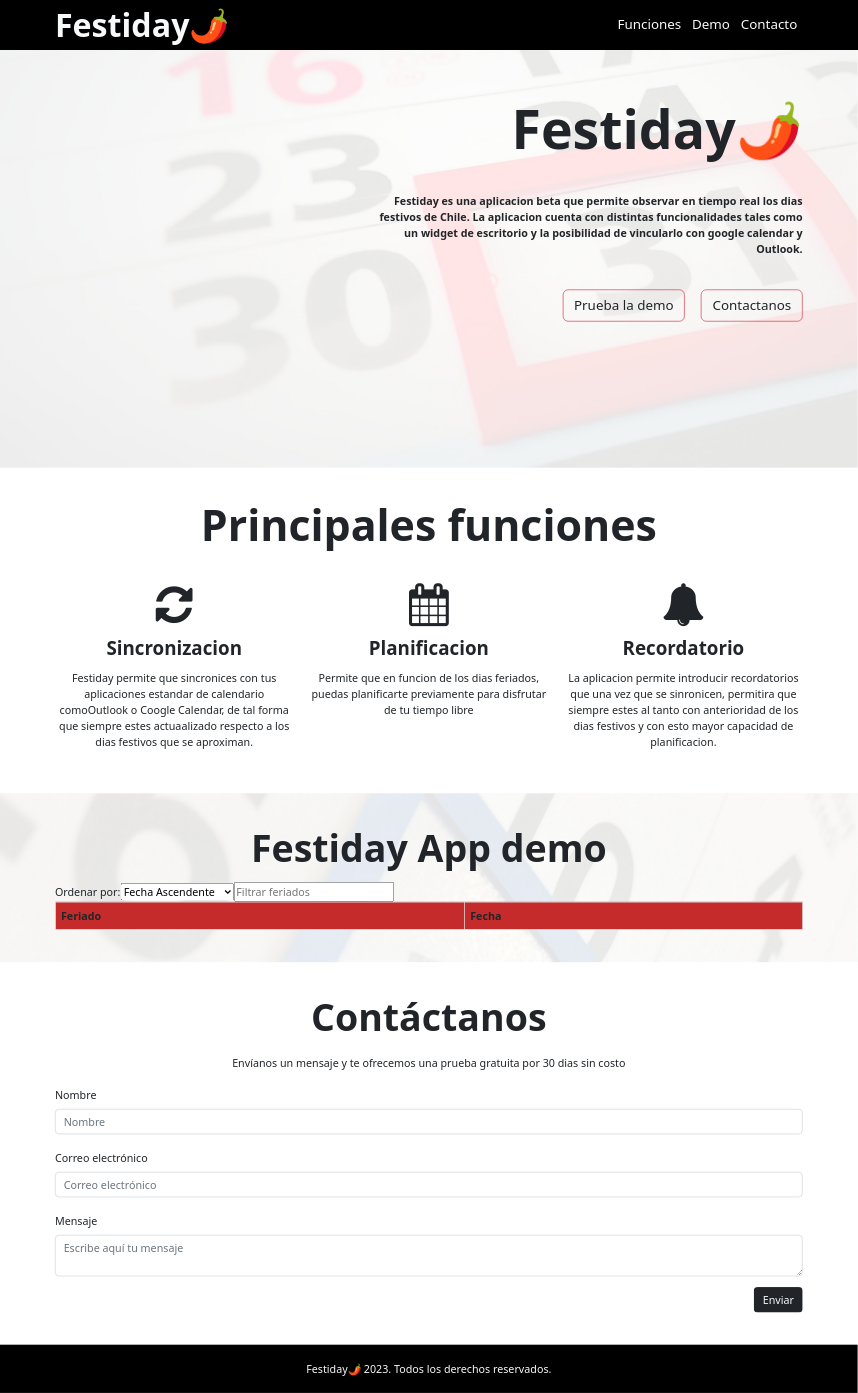
Repository: cvalenciapatagonia/Desafio-4-React-I
Page: /
These files come from the project's save history. The page is drawn as it stood at one moment and after the next save; the edit follows.
The browser window is 1280 px wide. The pictures show the whole page, at 67% of full size.
The page's requests for data from a server got no answer. The project was rebuilt for these pictures with package versions that can differ from the ones it lists, and the page was loaded fresh each time. No one was signed in, and anything a server would have sent is missing. Also part of the build but not shown: vite.config.js.

Above is the page before, as saved 2023-09-08 19:11:26.

### index.html
<!doctype html>
<html lang="en">
  <head>
    <meta charset="UTF-8" />
    <link rel="icon" type="image/svg+xml" href="/vite.svg" />
    <meta name="viewport" content="width=device-width, initial-scale=1.0" />
    <title>Desafio 4 React I</title>
  </head>
  <body>
    <div id="root">


    </div>
    <script type="module" src="/src/main.jsx"></script>
  </body>
</html>

### src/main.jsx

import React from 'react'
import ReactDOM from 'react-dom/client'
import App from './App.jsx'

import './index.css'


ReactDOM.createRoot(document.getElementById('root')).render(
  <React.StrictMode>
    <App />
  </React.StrictMode>,
)

### src/App.jsx
import React, { useState } from "react";
import "font-awesome/css/font-awesome.css";
import "bootstrap/dist/css/bootstrap.min.css";
import MiApi from "./components/MiApi";
import Buscador from "./components/Buscador";

function App() {
  const [sortOption, setSortOption] = useState("asc"); // Estado para almacenar la opción de ordenamiento

  return (
    <div className="App">
      <header>
        {/* BARRA DE NAVEGACION */}
        <nav className="navbar navbar-expand-lg navbar-dark fixed-top navbar-custom">
          <div className="container">
            <p className="display-5 fw-bold text-light logo-img">
              Festiday🌶️ {/* El signo agregado significa "cursando" */}
            </p>{" "}
            <button
              className="navbar-toggler"
              type="button"
              data-bs-toggle="collapse"
              data-bs-target="#navbarTogglerDemo01"
              aria-controls="navbarTogglerDemo01"
              aria-expanded="false"
              aria-label="Toggle navigation"
            >
              <span className="navbar-toggler-icon"></span>
            </button>
            <div className="collapse navbar-collapse" id="navbarTogglerDemo01">
              <a className="navbar-brand" href="#"></a>
              <ul className="navbar-nav ms-auto mb-2 mb-lg-0 fs-5">
                <li className="nav-item">
                  <a
                    className="nav-link active text-light"
                    aria-current="page"
                    href="#Function-container"
                  >
                    Funciones
                  </a>
                </li>
                <li className="nav-item">
                  <a
                    className="nav-link active text-light"
                    href="#app-demo"
                  >
                    Demo
                  </a>
                </li>
                <li className="nav-item">
                  <a className="nav-link active text-light" href="#Contacto">
                    Contacto
                  </a>
                </li>
              </ul>
            </div>
          </div>
        </nav>
        {/* Fin de la barra de navegación */}
      </header>

      <section id="Hero-Section" className="text-dark text-end py-5 mt-5">
        <div className="container">
          <div className="ms-auto col-12 col-md-7">
            <h1 className="display-1 fw-bold my-5">
              Festiday🌶️ {/* El signo agregado significa "cursando" */}
            </h1>
            <p className="my-5 fw-bold">
              Festiday es una aplicacion beta que permite observar en tiempo
              real los dias festivos de Chile. La aplicacion cuenta con
              distintas funcionalidades tales como un widget de escritorio y la
              posibilidad de vincularlo con google calendar y Outlook.
            </p>
            <div className="mb-5 pb-5">
              <a
                className="btn btn-lg btn-outline-danger text-dark me-4"
                href="#app-demo"
              >
                Prueba la demo
              </a>
              <a
                className="btn btn-lg btn-outline-danger text-dark"
                href="#Contacto"
              >
                Contactanos
              </a>
            </div>
          </div>
        </div>
      </section>

      {/* FUNCIONES */}
      <section id="Function-container" className="">
        <div className="description-container container text-center my-5">
        <h2 className="display-3 fw-bold my-4 mb-5">Principales funciones</h2>

        <div className="row">
          <div className="col-12 col-md-4">
            <i className="fa fa-refresh fa-4x"></i>
            <h3 className="my-3 fw-bold">Sincronizacion</h3>
            <p className="my-3">
              Festiday permite que sincronices con tus aplicaciones estandar de
              calendario comoOutlook o Coogle Calendar, de tal forma que siempre
              estes actuaalizado respecto a los dias festivos que se aproximan.
            </p>
          </div>
          <div className="col-12 col-md-4">
            <i className="fa fa-calendar fa-4x"></i>
            <h3 className="my-3 fw-bold">Planificacion</h3>
            <p className="my-3">
              Permite que en funcion de los dias feriados, puedas planificarte
              previamente para disfrutar de tu tiempo libre
            </p>
          </div>
          <div className="col-12 col-md-4">
            <i className="fa fa-bell fa-4x"></i>
            <h3 className="my-3 fw-bold">Recordatorio</h3>
            <p className="my-3">
              La aplicacion permite introducir recordatorios que una vez que se
              sinronicen, permitira que siempre estes al tanto con anterioridad
              de los dias festivos y con esto mayor capacidad de planificacion.
            </p>
          </div>
        </div>
        </div>
      </section>
      {/* Fin de FUNCIONES */}

      {/* APP DEMO */}
      <section id="app-demo" className="my-5 p-5">
        <div className="container">
          <h2 className="display-4 fw-bold text-center text-dark mb-3">
            Festiday App demo
          </h2>
          <Buscador onSortChange={setSortOption} />
          <MiApi
            apiURL="https://api.victorsanmartin.com/feriados/en.json"
            sortOption={sortOption}
          />

          <div className="row"></div>
        </div>
      </section>
      {/* Fin de APP DEMO */}

      {/* CONTACTAME */}
      <section id="Contacto">
        <div className="form-container container my-5">
          <h2 className="display-4 fw-bold text-center my-4">Contáctanos</h2>

          <p className="text-center my-4 d-none d-md-block">
            Envíanos un mensaje y te ofrecemos una prueba gratuita por 30 dias
            sin costo
          </p>

          <form>
            <div className="form-group mb-4">
              <label className="mb-2">Nombre</label>
              <input className="form-control" placeholder="Nombre" />
            </div>

            <div className="form-group mb-4">
              <label className="mb-2">Correo electrónico</label>
              <input
                className="form-control"
                placeholder="Correo electrónico"
              />
            </div>

            <div className="form-group">
              <label className="mb-2">Mensaje</label>
              <textarea
                className="form-control"
                placeholder="Escribe aquí tu mensaje"
              ></textarea>
            </div>

            <div className="my-3 text-end">
              <button className="btn bg-dark text-light">Enviar</button>
            </div>
          </form>
        </div>
      </section>
      {/* Fin de CONTACTAME */}

      {/* FOOTER */}
      <footer className="text-center text-light p-4">
        <p className="mb-0">Festiday🌶️ 2023. Todos los derechos reservados.</p>
      </footer>
      {/* Fin de FOOTER */}
    </div>
  );
}

export default App;

### src/index.css
h1 {
  font-size: 3.2em;
  line-height: 1.1;
}

table {
  width: 100%;
  border-collapse: collapse;
}

table th,
table td {
  text-align: start;
  padding: 8px;
  border: 1px solid #ddd;
}

table th {
  background-color: rgb(198, 43, 43);
  font-weight: bold;
}

.navbar-custom {
  background-color: rgb(0, 0, 0);
}

.logo-img {
  margin: 0;
  padding: 0;
}

@media (max-width: 576px) {
  .img-logo {
    height: 150px;
    width: 250px;
  }
}

#Hero-Section {
  background-repeat: no-repeat;
  background-size: cover;
  background-position: left;
  height: 650px;
  background-image: url(./assets/img/bg1.jpg);
}

#app-demo {
  background-image: url(./assets/img/bg2.jpg);
  background-repeat: no-repeat;
  background-size: cover;
  background-position: left;
}

footer {
  background-color: black;
}

.button-custom {
  background-color: black;
}

.subtitulo2 {
  display: inline;
  font-size: 2em;
}

@media only screen and (max-width: 576px) {
  .subtitulo2 {
    font-size: 1.2rem;
    line-height: 1.2;
  }
}

### src/components/MiApi.jsx
import React, { useEffect, useState } from 'react';
import moment from 'moment';

function MiApi({ apiURL, sortOption }) {
  const [holidays, setHolidays] = useState([]);
  const [sortedHolidays, setSortedHolidays] = useState([]);

  useEffect(() => {
    fetch(apiURL)
      .then((response) => response.json())
      .then((data) => {
        if (data.status === 'success') {
          setHolidays(data.data);
        }
      })
      .catch((error) => {
        console.error('Error al obtener datos de la API de feriados de Chile:', error);
      });
  }, [apiURL]);

  useEffect(() => {
    const sortHolidays = () => {
      const sorted = [...holidays];
      if (sortOption === 'asc') {
        sorted.sort((a, b) => moment(a.date).diff(moment(b.date)));
      } else if (sortOption === 'desc') {
        sorted.sort((a, b) => moment(b.date).diff(moment(a.date)));
      } else if (sortOption === 'month') {
        sorted.sort((a, b) => moment(a.date).month() - moment(b.date).month());
      }
      setSortedHolidays(sorted);
    };

    sortHolidays();
  }, [sortOption, holidays]);

  return (
    <div className="MiApi">
      <table>
        <thead>
          <tr>
            <th>Feriado</th>
            <th>Fecha</th>
          </tr>
        </thead>
        <tbody>
          {sortedHolidays.map((holiday) => (
            <tr key={holiday.date}>
              <td>{holiday.title}</td>
              <td>{holiday.date}</td>
            </tr>
          ))}
        </tbody>
      </table>
    </div>
  );
}

export default MiApi;

### src/components/Buscador.jsx
// En el componente Buscador.jsx
import React, { useState } from 'react';

function Buscador({ onSortChange, onFilterChange }) {
  const [sortOption, setSortOption] = useState('asc'); // Opción de ordenamiento predeterminada
  const [filterText, setFilterText] = useState(''); // Texto de filtrado

  const handleSortChange = (e) => {
    const selectedOption = e.target.value;
    setSortOption(selectedOption);
    onSortChange(selectedOption);
  };

  const handleFilterChange = (e) => {
    const searchText = e.target.value;
    setFilterText(searchText);
    onFilterChange(searchText);
  };

  return (
    <div className="Buscador">
      <label htmlFor="sortSelect">Ordenar por:</label>
      <select id="sortSelect" value={sortOption} onChange={handleSortChange}>
        <option value="asc">Fecha Ascendente</option>
        <option value="desc">Fecha Descendente</option>
        <option value="month">Por Mes</option>
      </select>
      <input
        type="text"
        placeholder="Filtrar feriados"
        value={filterText}
        onChange={handleFilterChange}
      />
    </div>
  );
}

export default Buscador;

After the next save:
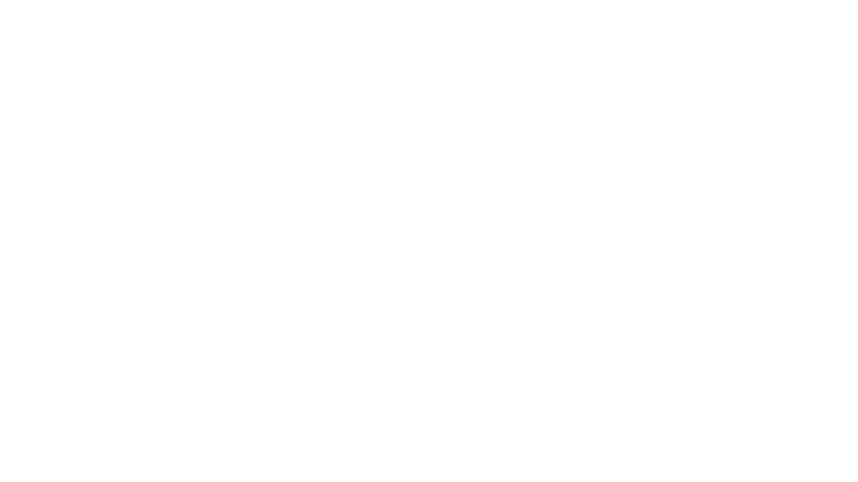
Console error: ReferenceError: Buscador is not defined
Saved 8 s later.
--- a/src/components/MiApi.jsx
+++ b/src/components/MiApi.jsx
@@ -1,16 +1,20 @@
+// En el componente MiApi.jsx
 import React, { useEffect, useState } from 'react';
 import moment from 'moment';
 
 function MiApi({ apiURL, sortOption }) {
   const [holidays, setHolidays] = useState([]);
   const [sortedHolidays, setSortedHolidays] = useState([]);
+  const [originalHolidays, setOriginalHolidays] = useState([]); // Copia de los feriados originales
 
   useEffect(() => {
     fetch(apiURL)
       .then((response) => response.json())
       .then((data) => {
         if (data.status === 'success') {
-          setHolidays(data.data);
+          const holidaysData = data.data;
+          setHolidays(holidaysData);
+          setOriginalHolidays(holidaysData); // Almacenar una copia de los feriados originales
         }
       })
       .catch((error) => {
@@ -34,6 +38,20 @@
     sortHolidays();
   }, [sortOption, holidays]);
 
+  // Función para aplicar el filtrado basado en el texto de filtrado
+  const applyFilter = (filterText) => {
+    if (filterText.trim() === '') {
+      // Si el texto de filtrado está vacío, mostrar la lista completa
+      setHolidays(originalHolidays);
+    } else {
+      // Filtrar la lista de feriados por el texto de filtrado
+      const filtered = originalHolidays.filter((holiday) =>
+        holiday.title.toLowerCase().includes(filterText.toLowerCase())
+      );
+      setHolidays(filtered);
+    }
+  };
+
   return (
     <div className="MiApi">
       <table>
@@ -52,6 +70,10 @@
           ))}
         </tbody>
       </table>
+      <Buscador
+        onSortChange={setSortOption}
+        onFilterChange={applyFilter} // Pasar la función de filtrado al componente Buscador
+      />
     </div>
   );
 }

After the 2 saves that followed:
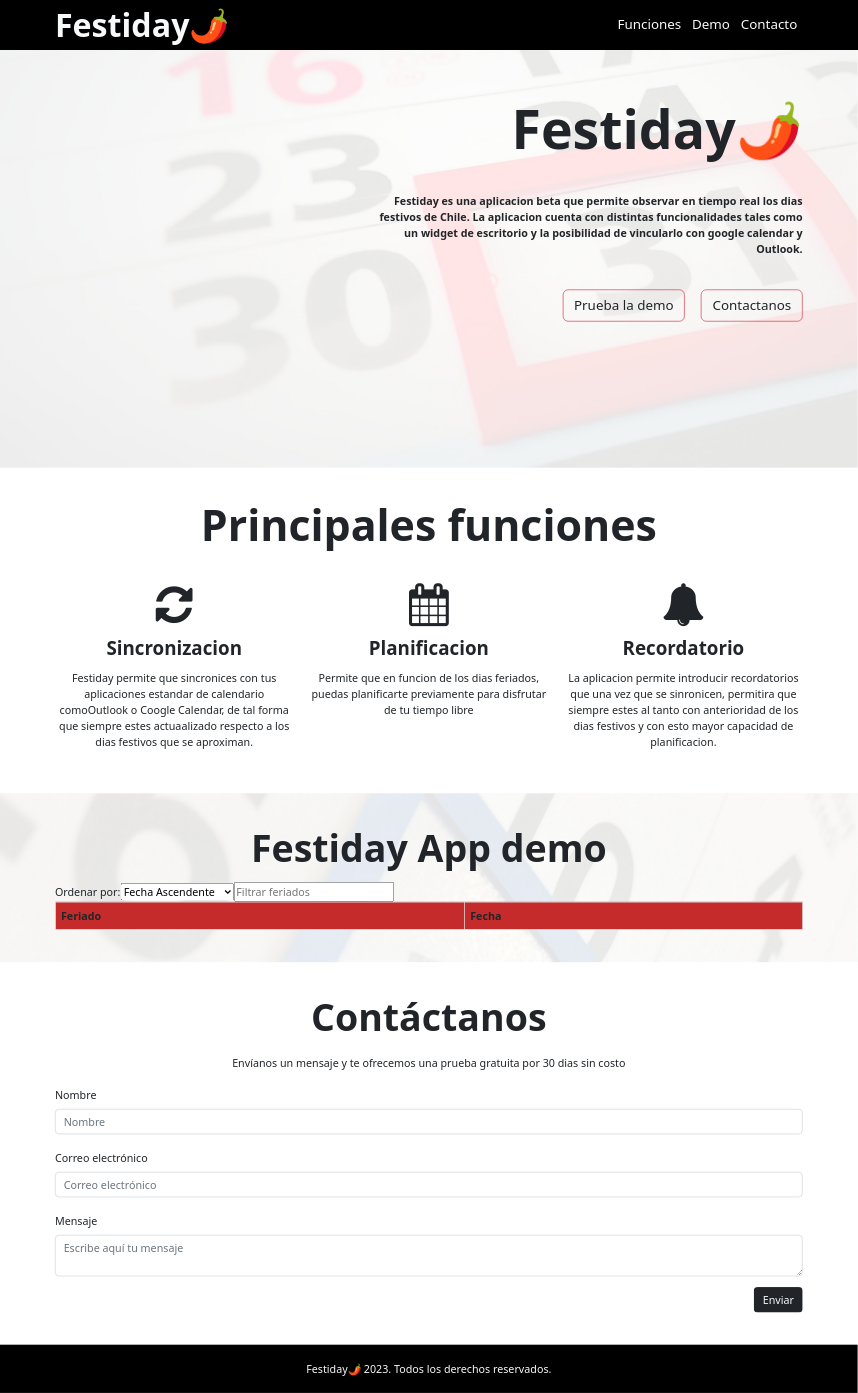
The error is gone.
The 2 saves are shown as one change because 1 left the picture as it was.
The last was saved 23 s later.
--- a/src/components/MiApi.jsx
+++ b/src/components/MiApi.jsx
@@ -1,20 +1,16 @@
-// En el componente MiApi.jsx
 import React, { useEffect, useState } from 'react';
 import moment from 'moment';
 
 function MiApi({ apiURL, sortOption }) {
   const [holidays, setHolidays] = useState([]);
   const [sortedHolidays, setSortedHolidays] = useState([]);
-  const [originalHolidays, setOriginalHolidays] = useState([]); // Copia de los feriados originales
 
   useEffect(() => {
     fetch(apiURL)
       .then((response) => response.json())
       .then((data) => {
         if (data.status === 'success') {
-          const holidaysData = data.data;
-          setHolidays(holidaysData);
-          setOriginalHolidays(holidaysData); // Almacenar una copia de los feriados originales
+          setHolidays(data.data);
         }
       })
       .catch((error) => {
@@ -38,20 +34,6 @@
     sortHolidays();
   }, [sortOption, holidays]);
 
-  // Función para aplicar el filtrado basado en el texto de filtrado
-  const applyFilter = (filterText) => {
-    if (filterText.trim() === '') {
-      // Si el texto de filtrado está vacío, mostrar la lista completa
-      setHolidays(originalHolidays);
-    } else {
-      // Filtrar la lista de feriados por el texto de filtrado
-      const filtered = originalHolidays.filter((holiday) =>
-        holiday.title.toLowerCase().includes(filterText.toLowerCase())
-      );
-      setHolidays(filtered);
-    }
-  };
-
   return (
     <div className="MiApi">
       <table>
@@ -70,10 +52,6 @@
           ))}
         </tbody>
       </table>
-      <Buscador
-        onSortChange={setSortOption}
-        onFilterChange={applyFilter} // Pasar la función de filtrado al componente Buscador
-      />
     </div>
   );
 }
--- a/src/components/Buscador.jsx
+++ b/src/components/Buscador.jsx
@@ -1,4 +1,3 @@
-// En el componente Buscador.jsx
 import React, { useState } from 'react';
 
 function Buscador({ onSortChange, onFilterChange }) {
